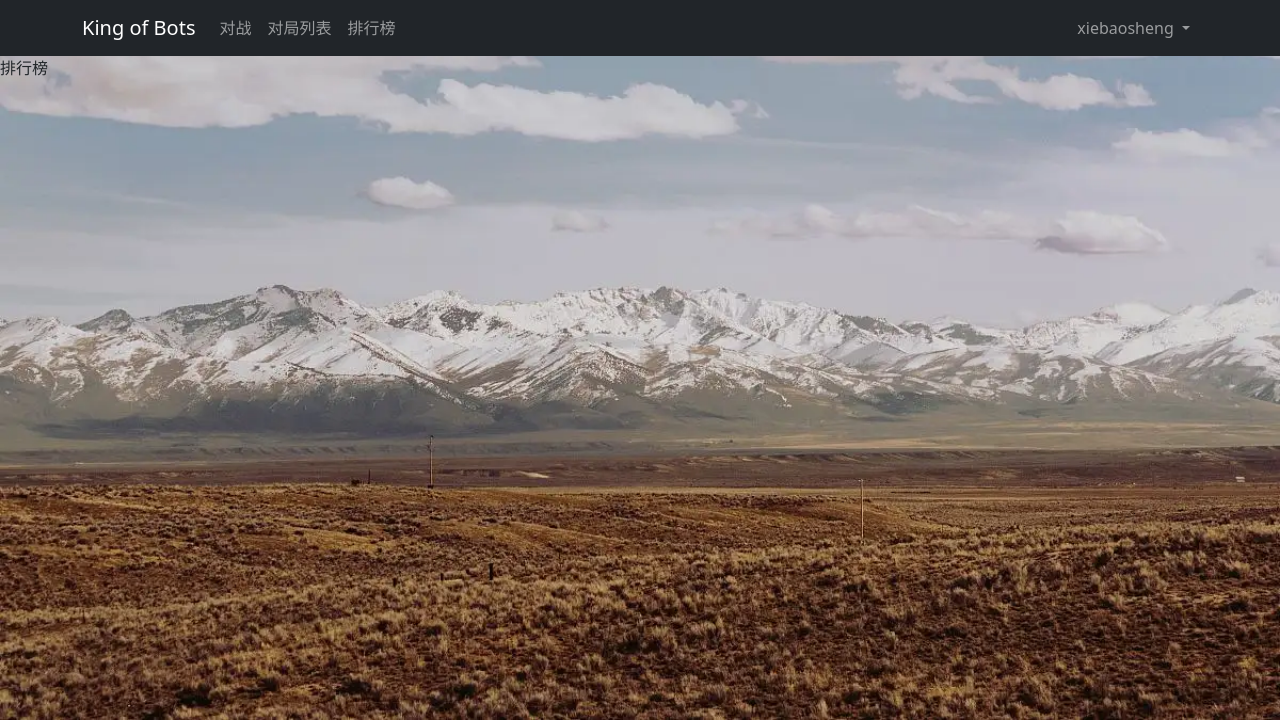
Repository: XieBaosheng/kob
Page: /ranklist (app in web/)
These files come from the project's save history. The page is drawn as it stood at one moment and after the next save; the edit follows.
The browser window is 1280 px wide. The pictures show the whole page.
The project was rebuilt for these pictures with package versions that can differ from the ones it lists, and the page was loaded fresh each time. Also part of the build but not shown: web/vue.config.js, web/src/views/pk/PkIndexView.vue, web/src/views/record/RecordIndexView.vue, web/src/views/user/bot/UserBotIndexView.vue, web/src/views/error/NotFound.vue. Imported but missing from the stored project, and not drawn on this page: web/src/components/PlayGround.

Above is the page before, as saved 2024-05-26 21:06:56.

### web/src/App.vue
<template>
  <NavBar />
  <router-view/>
</template>

<script>
import NavBar from './components/NavBar.vue';
import "bootstrap/dist/css/bootstrap.min.css"
import "bootstrap/dist/js/bootstrap"
export default {
  components: {
    NavBar
  }
}
</script>

<style>
body {
  background-image: url("@/assets/background.png");
  background-size: cover;
}
</style>

### web/src/router/index.js
import { createRouter, createWebHistory } from 'vue-router'
import PkIndexView from '../views/pk/PkIndexView'
import RecordIndexView from '../views/record/RecordIndexView'
import RanklistIndexView from '../views/ranklist/RanklistIndexView'
import UserBotIndexView from '../views/user/bot/UserBotIndexView'
import NotFound from '../views/error/NotFound'



const routes = [
  {
    path: "/",
    name: "home",
    redirect: "/pk/",
  },
  {
    path: '/pk/',
    name: 'pk_index',
    component: PkIndexView,
  },
  {
    path: '/record/',
    name: 'record_index',
    component: RecordIndexView,
  },
  {
    path: '/ranklist/',
    name: 'ranklist_index',
    component: RanklistIndexView,
  },
  {
    path: '/user/bot/',
    name: 'user_bot_index',
    component: UserBotIndexView,
  },
  {
    path: '/404/',
    name: '404',
    component: NotFound,
  },
  {
    path: '/:catchAll(.*)',
    redirect: '/404/',
  },
]

const router = createRouter({
  history: createWebHistory(),
  routes
})

export default router

### web/src/components/NavBar.vue
<template>
<nav class="navbar navbar-expand-lg navbar-dark bg-dark">
<div class="container">
    <router-link class="navbar-brand" :to="{name: 'home'}">King of Bots</router-link>
    <div class="collapse navbar-collapse" id="navbarText">
        <ul class="navbar-nav me-auto mb-2 mb-lg-0">
        <li class="nav-item">
            <router-link class="nav-link" :to="{name: 'pk_index'}">对战</router-link>
        </li>
        <li class="nav-item">
            <router-link class="nav-link" :to="{name: 'record_index'}">对局列表</router-link>
        </li>
        <li class="nav-item">
            <router-link class="nav-link" :to="{name: 'ranklist_index'}">排行榜</router-link>
        </li>
        </ul>
        <ul class="navbar-nav">
            <li class="nav-item dropdown">
                <a class="nav-link dropdown-toggle" href="#" id="navbarDropdown" role="button" data-bs-toggle="dropdown" aria-expanded="false">
                xiebaosheng
                </a>
                <ul class="dropdown-menu" aria-labelledby="navbarDropdown">
                    <li>
                        <router-link class="dropdown-item" :to="{name: 'user_bot_index'}">我的Bot</router-link>
                    </li>
                    <li><hr class="dropdown-divider"></li>
                    <li><a class="dropdown-item" href="#">退出</a></li>
                </ul>
            </li>
        </ul>
    </div>
</div>
</nav>
</template>

<script>
</script>

<style scoped>
</style>

### web/src/views/ranklist/RanklistIndexView.vue
<template>
<div>排行榜</div>
</template>

<script>
</script>

<style scoped>
</style>

### web/src/components/ContentField.vue
<template>
    <div class="container">
        <div class="card">
            <div class="card-body">
                <slot></slot>
            </div>
        </div>
    </div>
</template>

<script>
</script>

<style scoped>
</style>

Loaded but not shown: web/public/index.html (common file); web/src/main.js (common file); web/src/store/index.js (common file)

After the next save:
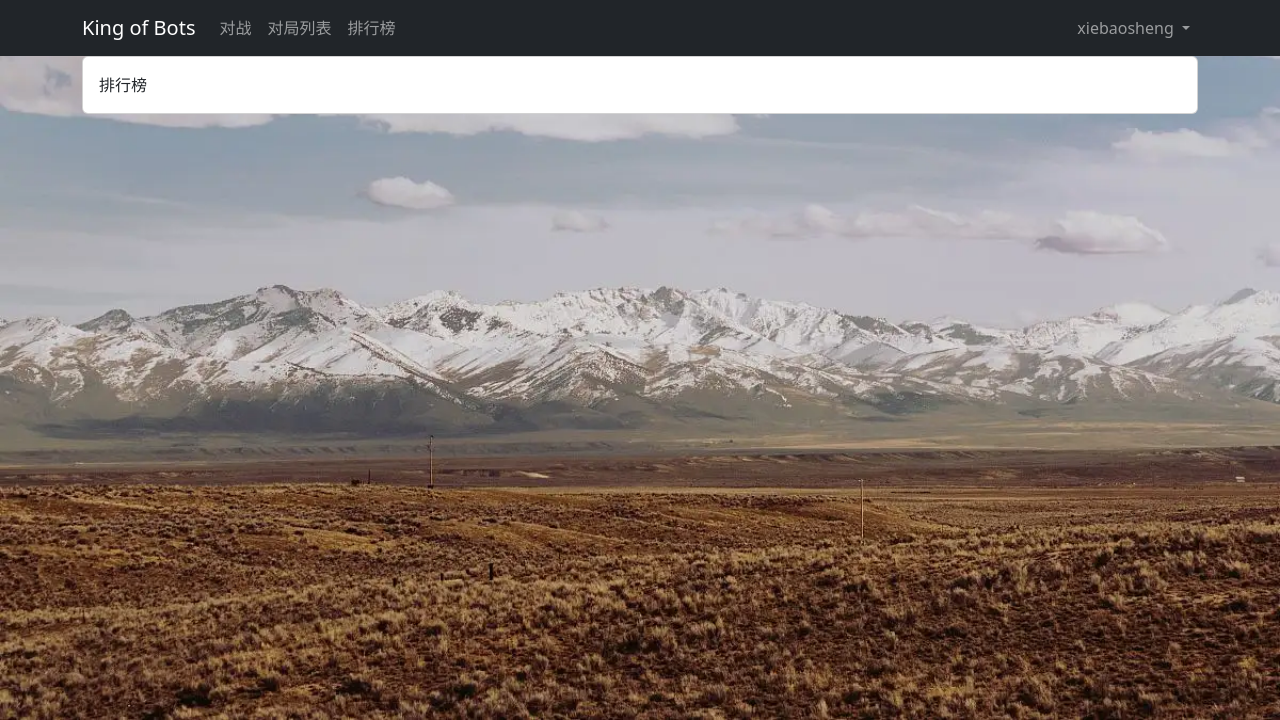
Saved 72 s later.
--- a/web/src/views/ranklist/RanklistIndexView.vue
+++ b/web/src/views/ranklist/RanklistIndexView.vue
@@ -1,8 +1,17 @@
 <template>
-<div>排行榜</div>
+    <ContentField>
+        排行榜
+    </ContentField>
 </template>
 
 <script>
+import ContentField from '../../components/ContentField.vue'
+
+export default {
+    components: {
+        ContentField
+    }
+}
 </script>
 
 <style scoped>
